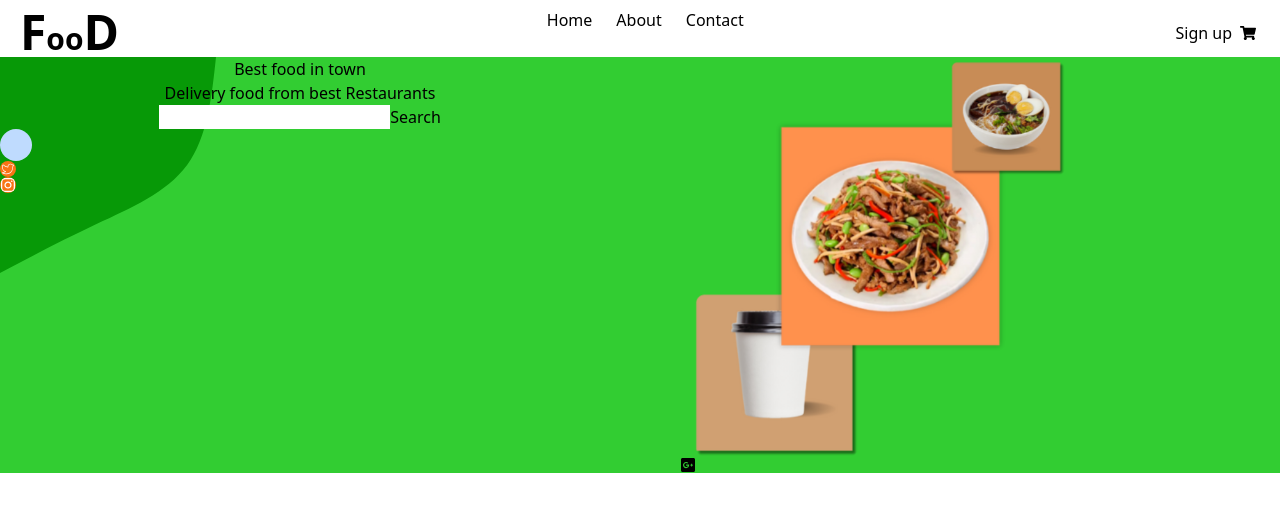
Repository: KhushiCode14/FoodWeb
Page: /
The author's editor kept a copy of each file at every save. The page is drawn from the files as they stood at one save, then again after the next save.
The browser window is 1280 px wide. The pictures show the whole page.
The project was rebuilt for these pictures with package versions that can differ from the ones it lists, and the page was loaded fresh each time. Also part of the build but not shown: src/components/Home/SignUp.tsx, src/components/Home/SignIn.tsx.

Above is the page before, as saved 2024-09-19 19:51:08.

### src/index.css
@tailwind base;
@tailwind components;
@tailwind utilities;

.bgBack{
  background-image: url(../src/components/images/background.svg);
}

### src/App.tsx
import { Route, BrowserRouter as Router, Routes ,  } from 'react-router-dom';
import './App.css';
import Navbar from './Pages/Navbar';
import Home from './Pages/Home';
import SignUp from './components/Home/SignUp';
import SignIn from './components/Home/SignIn';

function App() {
  return (
    <div className="App">
      <Router>
        <Navbar/>
      <Routes>
        <Route  path="/" element={<Home/>} />
        <Route  path="/signUp" element={<SignUp/>} />
        <Route  path="/signIn" element={<SignIn/>} />
        {/* <Route  path="/about" element={About} />
        <Route  path="/contact" element={Contact} /> */}
        </Routes>
      </Router>

    </div>
  );
}

export default App;

### src/Pages/Navbar.tsx
import { NavLink } from "react-router-dom"
import { Link } from "react-router-dom"
import { FaShoppingCart } from "react-icons/fa";
import { FaCartPlus } from "react-icons/fa";
import { useState } from "react";
interface nav {
  to: string,
  linkName: string

}
const Navbar: React.FC = () => {
  const [sign, setSign] = useState<string>('Sign up');
  const [cart, setCart] = useState<JSX.Element>(<FaShoppingCart />);
  const navLink: nav[] = [
    { to: "/", linkName: "Home" },
    { to: "/about", linkName: "About" },
    { to: "/contact", linkName: "Contact" },
    // Add more links as needed
  ]
  const handleSign = () => {
    setSign(sign === 'Sign up'? 'Sign in' : 'Sign up');
  }
  const handleCart = () => {
    setCart(prevCart =>
      prevCart.type === FaShoppingCart ? <FaCartPlus /> : <FaShoppingCart />
    );
  };

  return (
    <div className="mx-5  mt-2 flex justify-between">
      <div className="font-bold text-3xl"><h1><span className=" text-5xl">F</span>oo<span className=" text-5xl">D</span></h1></div>
      <div>
        {
          navLink.map((link, index) => (
            <Link key={index} to={link.to} className="mx-3 hover:text-gray-800">
              {link.linkName}
            </Link>
          ))
        }
      </div>
      <div className="flex justify-center items-center">
        <button><NavLink to="/signUp" onClick={handleSign} className="m-1">{sign}</NavLink></button>

        <div onClick={handleCart}className="m-1" >
          {cart}
        </div>



      </div>
    </div>
  )
}

export default Navbar

### src/Pages/Home.tsx

import {  FaFacebookF, FaGooglePlusSquare, FaInstagram,  } from "react-icons/fa"
import { CiTwitter } from "react-icons/ci";
import food from "../components/images/food.png"
const Home: React.FC = () => {
  return (

    <div className=" flex  gap-20 bgBack ">

      <div className="w-1/2">
        <h3>Best food in town</h3>
        <h1>Delivery food from best Restaurants</h1>
        <div>
          <input type="text"></input>
          <button>Search</button>
          <div >
            <FaFacebookF color="white" className="bg-blue-200 text-white p-4 rounded-full font-extrabold"/>
            < CiTwitter color="white" className="bg-orange-500 rounded-full"/>
            <FaInstagram  color="white" className="bg-orange-500 rounded-full"/>
          </div>
        </div>
      </div>
      <div className="w-1/2 items-center justify-center" >
        <img src={food} alt="logo" width={400} />
        <FaGooglePlusSquare/>
      </div>
    </div>
  )
}

export default Home

Loaded but not shown: public/index.html (common file); src/index.tsx (common file); src/reportWebVitals.ts (common file); src/App.css (common file); tailwind.config.js (common file)

After the next save:
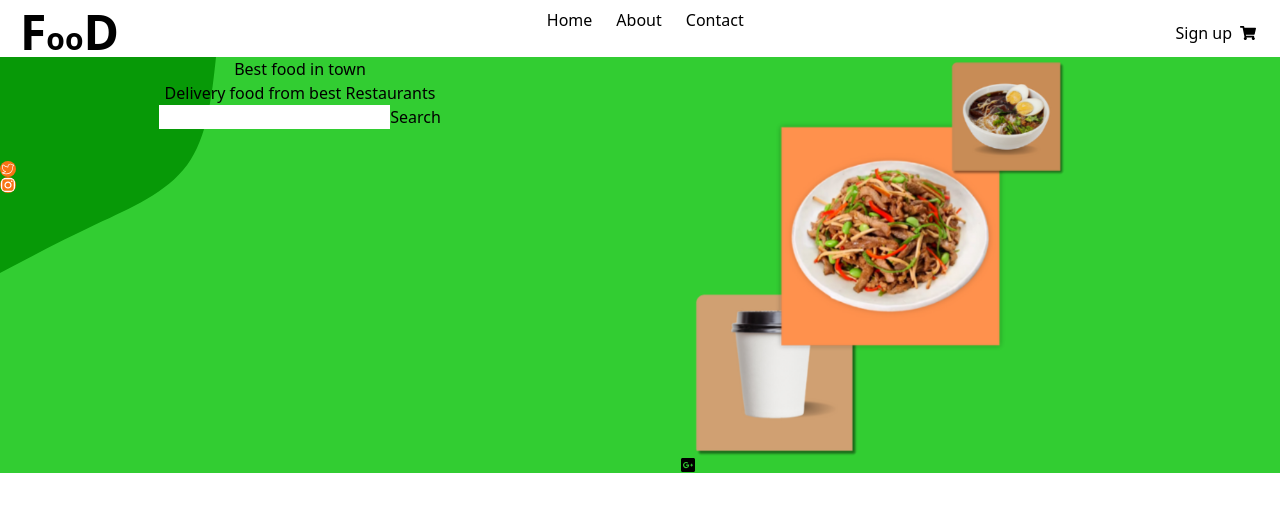
Saved 7 s later.
--- a/src/Pages/Home.tsx
+++ b/src/Pages/Home.tsx
@@ -14,7 +14,7 @@ const Home: React.FC = () => {
           <input type="text"></input>
           <button>Search</button>
           <div >
-            <FaFacebookF color="white" className="bg-blue-200 text-white p-4 rounded-full font-extrabold"/>
+            <FaFacebookF color="white" className=" text-white p-4 rounded-full font-extrabold"/>
             < CiTwitter color="white" className="bg-orange-500 rounded-full"/>
             <FaInstagram  color="white" className="bg-orange-500 rounded-full"/>
           </div>
